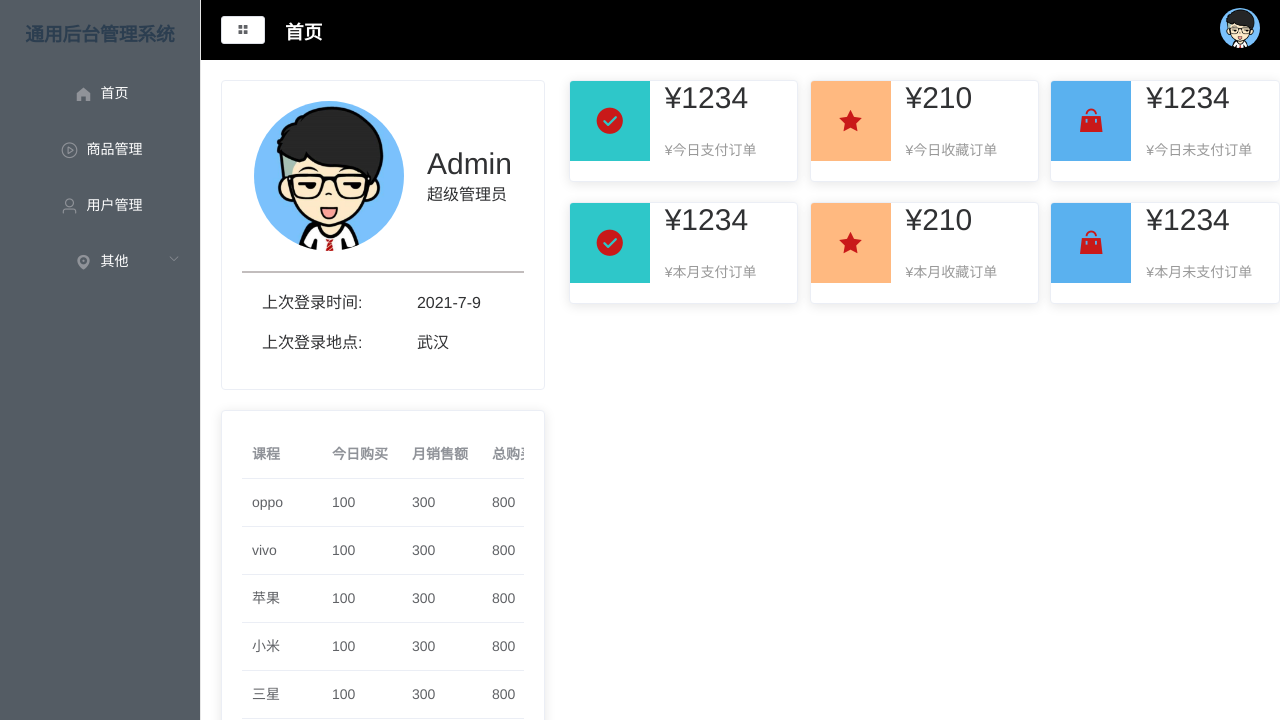
Repository: 385841539/VueStudy
Page: / (app in vue_cli/)
An editor plug-in stored every save of this project. The page is shown before and after the next save, followed by the edit.
The browser window is 1280 px wide. The pictures show the whole page.
An inner scrolling area shows only its first screen. The project was rebuilt for these pictures with package versions that can differ from the ones it lists, and the page was loaded fresh each time. Also part of the build but not shown: vue_cli/vue.config.js.

Above is the page before, as saved 2022-01-13 15:02:03.

### vue_cli/public/index.html
<!DOCTYPE html>
<html lang="">

<head>
  <meta charset="utf-8">
  <meta http-equiv="X-UA-Compatible" content="IE=edge">
  <meta name="viewport" content="width=device-width,initial-scale=1.0">
  <link rel="icon" href="<%= BASE_URL %>favicon.ico">
  <title>
    <%= htmlWebpackPlugin.options.title %>
  </title>
  <style>
    body {

      padding: 0px;
      margin: 0px;
      width: 100%;
      height: 100%;

    }
  </style>
</head>

<body>
  <noscript>
    <strong>We're sorry but <%= htmlWebpackPlugin.options.title %> doesn't work properly without JavaScript enabled.
        Please enable it to continue.</strong>
  </noscript>
  <div id="app"></div>
  <!-- built files will be auto injected -->
</body>

</html>

### vue_cli/src/main.js
import Vue from 'vue'
import App from './App.vue'
import './registerServiceWorker'
import router from './router'
import store from './store'

import ElementUI from 'element-ui';
import 'element-ui/lib/theme-chalk/index.css';

Vue.use(ElementUI);


Vue.config.productionTip = false



new Vue({
  router,
  store,
  render: h => h(App)
}).$mount('#app')

### vue_cli/src/App.vue
<template>
  <div id="app">
    <!-- <p>这是一个P段落</p>
    <el-button>按钮</el-button>
    <el-button type="info">信息</el-button>
    <el-radio v-model="radio" label="1">备选项1</el-radio>
    <el-radio v-model="radio" label="2">备选项1</el-radio>

    <div>
      <router-link to="/">去home组件</router-link>
      <router-link to="/about">去about组件</router-link>
    </div> -->

    <router-view></router-view>
  </div>
</template>
<script>


export default {
  data() {
    return {
      radio: "1",
    };
  },
};
</script>


<style lang="scss">
#app {
  font-family: Avenir, Helvetica, Arial, sans-serif;
  -webkit-font-smoothing: antialiased;
  -moz-osx-font-smoothing: grayscale;
  text-align: center;
  color: #2c3e50;
}

#nav {
  padding: 30px;

  a {
    font-weight: bold;
    color: #2c3e50;

    &.router-link-exact-active {
      color: #42b983;
    }
  }
}
</style>

### vue_cli/src/router/index.js
import Vue from 'vue'
import VueRouter from 'vue-router'
import Main from '../views/Main.vue'

Vue.use(VueRouter)

const routes = [
  {
    path: '/',
    name: 'main',
    component: Main,
    children: [

      {
        path: "/",
        name: "home",
        component: () => import('@/views/Home/Home')

      },
      {
        path: "/mall",
        name: "mall",
        component: () => import('@/views/Mall/Mall')

      },

    ]
  },
  {
    path: '/about',
    name: 'About',
    // route level code-splitting
    // this generates a separate chunk (about.[hash].js) for this route
    // which is lazy-loaded when the route is visited.
    component: () => import(/* webpackChunkName: "about" */ '../views/About.vue')
  }
]

const router = new VueRouter({
  mode: 'history',
  base: process.env.BASE_URL,
  routes
})

export default router

### vue_cli/src/store/index.js
import Vue from 'vue'
import Vuex from 'vuex'
import tab from "./tab"

Vue.use(Vuex)

export default new Vuex.Store({
  state: {
  },
  mutations: {
  },
  actions: {
  },
  modules: {
    tab
  }
})

### vue_cli/src/views/Main.vue
<template>
  <el-container style="height: 100vh">
    <el-aside width="auto">
      <CommonAside></CommonAside>
    </el-aside>
    <el-container>
      <el-header>
        <CommonHeader></CommonHeader>
      </el-header>
      <el-main>
        <router-view></router-view>
      </el-main>
    </el-container>
  </el-container>
</template>

<script>
// @ is an alias to /src
import CommonAside from "../components/CommonAside.vue";
import CommonHeader from "../components/CommonHeader.vue";

export default {
  name: "main",
  components: {
    CommonAside,
    CommonHeader,
  },
};
</script>
<style lang='scss' scoped>
.el-container {
  padding: 0px;
  max-width: 100%;
}
.el-aside {
  margin: 0px;
  padding: 0px;
}
.el-header {
  background-color: black;
  width: 100%;
  padding: 0%;
  margin: 0%;
}
.el-main {
  padding: 0px;
  height: 100%;
  width: 100%;
}
.router-view {
  padding: 0px;
  height: 100%;
  width: 100%;
}
</style>

### vue_cli/src/views/Home/Home.vue




<template>
  <div>
    <el-row :gutter="24">
      <el-col :span="8" style="margin-top: 20px">
        <el-card shadow="hover">
          <div class="user">
            <img :src="userImg" />
            <div class="userInfo">
              <p style="font-size: 30px">Admin</p>
              <p>超级管理员</p>
            </div>
          </div>

          <div class="loginInfo">
            <p>上次登录时间: <span>2021-7-9</span></p>
            <p>上次登录地点: <span>武汉</span></p>
          </div>
        </el-card>
        <el-card style="height: 470px; margin-top: 20px">
          <el-table :data="tableData">
            <el-table-column
              show-overflow-tooltip
              v-for="(value, key) in tableLabel"
              :key="key"
              :prop="key"
              :label="value"
            ></el-table-column>
          </el-table>
        </el-card>
      </el-col>
      <el-col
        :span="16"
        style="margin-top: 20px"
      >
        <div class="num">
          <el-card
            shandow="hover"
            v-for="item in countData"
            :key="item.name"
            :body-style="{ display: 'flex', padding: 0 }"
          >
            <i
              class="icon"
              :class="`el-icon-${item.icon}`"
              :style="{ background: item.color }"
            ></i>
            <div class="detail">
              <p class="num">¥{{ item.value }}</p>
              <p class="txt">¥{{ item.name }}</p>
            </div>
          </el-card>
        </div>
      </el-col>
    </el-row>
  </div>
</template>



<script>
export default {
  data() {
    return {
      userImg: require("../../assets/images/user.png"),
      tableData: [
        {
          name: "oppo",
          todayBuy: 100,
          monthBuy: 300,
          totalBuy: 800,
        },
        {
          name: "vivo",
          todayBuy: 100,
          monthBuy: 300,
          totalBuy: 800,
        },
        {
          name: "苹果",
          todayBuy: 100,
          monthBuy: 300,
          totalBuy: 800,
        },
        {
          name: "小米",
          todayBuy: 100,
          monthBuy: 300,
          totalBuy: 800,
        },
        {
          name: "三星",
          todayBuy: 100,
          monthBuy: 300,
          totalBuy: 800,
        },
        {
          name: "魅族",
          todayBuy: 100,
          monthBuy: 300,
          totalBuy: 800,
        },
      ],
      tableLabel: {
        name: "课程",
        todayBuy: "今日购买",
        monthBuy: "月销售额",
        totalBuy: "总购买量",
      },
      countData: [
        {
          name: "今日支付订单",
          value: 1234,
          icon: "success",
          color: "#2ec7c9",
        },
        {
          name: "今日收藏订单",
          value: 210,
          icon: "star-on",
          color: "#ffb980",
        },
        {
          name: "今日未支付订单",
          value: 1234,
          icon: "s-goods",
          color: "#5ab1ef",
        },
        {
          name: "本月支付订单",
          value: 1234,
          icon: "success",
          color: "#2ec7c9",
        },
        {
          name: "本月收藏订单",
          value: 210,
          icon: "star-on",
          color: "#ffb980",
        },
        {
          name: "本月未支付订单",
          value: 1234,
          icon: "s-goods",
          color: "#5ab1ef",
        },
      ],
    };
  },
};
</script>


<style  lang="scss" scoped>
// div {
//   background: blue;
//   height: 100%;
//   padding: 0px;
//   margin: 0px;
// }
.el-card {
  margin-left: 20px;
}

.user {
  display: flex;
  align-items: center;
  justify-content: space-around;
  border-bottom: 2px solid rgb(194, 189, 189);

  padding-bottom: 20px;
  .userInfo {
    text-align: start;

    p {
      margin: 0px;
    }
  }
  img {
    width: 150px;
    height: 150px;
    border-radius: 50%;
  }
}

.loginInfo {
  // background-color: yellowgreen;
  margin-top: 0px;
  text-align: start;
  padding-left: 20px;

  span {
    margin-left: 50px;
  }
}

.num {
  display: flex;
  flex-wrap: wrap;
  justify-content: space-between;
  margin: 0px;
  .el-card {
    margin: 0px;
    width: 32%;
    margin-bottom: 20px;
    height: 100px;
  }
  .icon {
    font-size: 30px;
    width: 80px;
    height: 100%;
    text-align: center;
    line-height: 80px;
    color: rgb(201, 25, 25);
  }
  .detail {
    margin-left: 15px;
    display: flex;
    flex-direction: column;
    justify-content: center;
    .num {
      font-size: 30px;
      margin-bottom: 10px;
    }
    .txt {
      font-size: 14px;
      text-align: center;
      color: #999999;
    }
  }
}
</style>

### vue_cli/src/store/tab.js
export default {


    state: {

        isCollapse: false

    },


    mutations: {

        collaspseMenu(state) {
            state.isCollapse = !state.isCollapse

        }



    }


}

### vue_cli/src/components/CommonAside.vue
<template>
  <el-menu
    class="el-menu-vertical-demo"
    :collapse="isCollapse"
    background-color="#545c64"
    text-color="#fff"
    active-text-color="#ffd04b"
  >
    <h3>{{ getName }}</h3>

    <el-menu-item
      :index="item.path"
      v-for="item in noChildren"
      :key="item.name"
      @click="clickMenu(item)"
    >
      <i :class="'el-icon-' + item.icon"></i>
      <span slot="title">{{ item.label }}</span>
    </el-menu-item>

    <el-submenu
      :index="item.label"
      v-for="item in hazChildren"
      :key="item.label"
    >
      <div slot="title">
        <i :class="'el-icon-' + item.icon"></i>
        <span>{{ item.label }}</span>
      </div>

      <el-menu-item-group>
        <el-menu-item
          v-for="(subItem, subIndex) in item.children"
          :index="subItem.path"
          :key="subIndex"
        >
          <i :class="'el-icon-' + subItem.icon"></i>
          <span slot="title">{{ subItem.label }}</span>
        </el-menu-item>
      </el-menu-item-group>
    </el-submenu>
  </el-menu>
</template>

<style>
.el-menu-vertical-demo:not(.el-menu--collapse) {
  width: 200px;
  height: 100%;
  min-height: 400px;
}

</style>


<script>
export default {
  data() {
    return {
      menu: [
        {
          path: "/",
          name: "home",
          label: "首页",
          icon: "s-home",
          url: "Home/Home",
        },
        {
          path: "/mall",
          name: "mall",
          label: "商品管理",
          icon: "video-play",
          url: "MallManage/MallManage",
        },
        {
          path: "/user",
          name: "user",
          label: "用户管理",
          icon: "user",
          url: "UserMange/UserMange",
        },
        {
          label: "其他",
          icon: "location",
          children: [
            {
              path: "/page1",
              name: "page1",
              label: "页面1",
              icon: "setting",
              url: "Other/PageOne",
            },
            {
              path: "/page2",
              name: "page2",
              label: "页面2",
              icon: "setting",
              url: "Other/PageTwo",
            },
          ],
        },
      ],
    };
  },
  methods: {
    clickMenu(item) {
      console.log(item);
      this.$router.push({ name: item.name });
    },
  },
  computed: {
    isCollapse() {
      return this.$store.state.tab.isCollapse;
    },
    getName() {
      if (this.isCollapse) return "后台";

      return "通用后台管理系统";
    },
    noChildren() {
      return this.menu.filter((item) => {
        console.log(item);
        return !item.children;
      });
    },
    hazChildren() {
      return this.menu.filter((item) => item.children);
    },
  },
};
</script>

### vue_cli/src/components/CommonHeader.vue
<template>
  <header>
    <div class="l-content">
      <el-button
        plain
        icon="el-icon-menu"
        size="mini"
        v-on:click="handleMenu"
      ></el-button>
      <h3 class="home-title">首页</h3>
    </div>

    <div class="r-content">
      <el-dropdown szie="mini" trigger="click">
        <span>
          <img :src="userImg" class="user" />
        </span>

        <el-dropdown-menu slot="dropdown">
          <el-dropdown-item>个人中心</el-dropdown-item>
          <el-dropdown-item>个人中心1</el-dropdown-item>
        </el-dropdown-menu>
      </el-dropdown>
    </div>
  </header>
</template>



<script>
export default {
  data() {
    return {
      userImg: require("../assets/images/user.png"),
    };
  },

  methods: {
    handleMenu() {
      this.$store.commit("collaspseMenu");
    },
  },
};
</script>


<style  lang="scss" scoped>
header {
  display: flex;
  height: 100%;
  width: 100%;
  align-items: center;
  justify-content: space-between;
  padding: 0;
  margin: 0;
}

.home-title {
  color: white;
}

.l-content {
  display: flex;
  align-items: center;
  margin-left: 20px;
  .el-button {
    margin-right: 20px;
  }
}

.r-content {
  .user {
    width: 40px;
    height: 40px;
    border-radius: 50%;
    margin-right: 20px;
  }
}
</style>

Loaded but not shown: vue_cli/src/registerServiceWorker.js (common file)

After the next save:
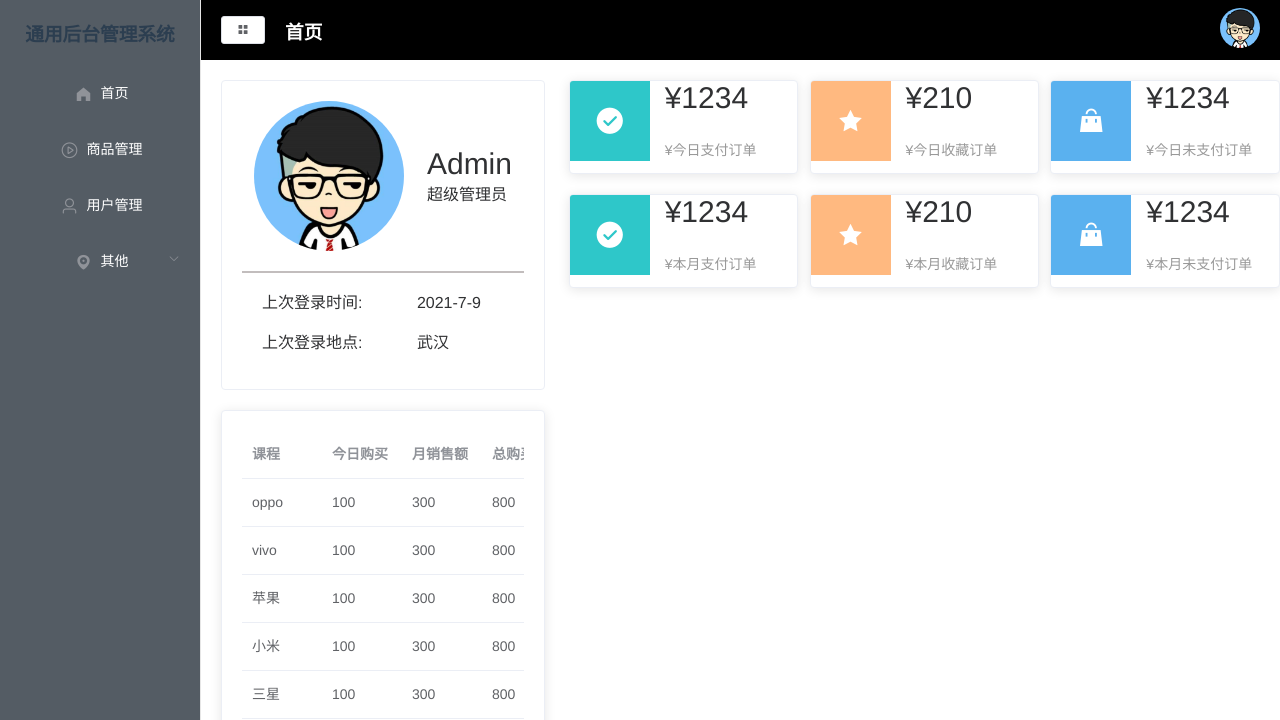
Saved 9 s later.
--- a/vue_cli/src/views/Home/Home.vue
+++ b/vue_cli/src/views/Home/Home.vue
@@ -206,15 +206,15 @@ export default {
     margin: 0px;
     width: 32%;
     margin-bottom: 20px;
-    height: 100px;
+    height: auto;
   }
   .icon {
     font-size: 30px;
     width: 80px;
-    height: 100%;
+    height: 80px;
     text-align: center;
     line-height: 80px;
-    color: rgb(201, 25, 25);
+    color: #fff;
   }
   .detail {
     margin-left: 15px;
